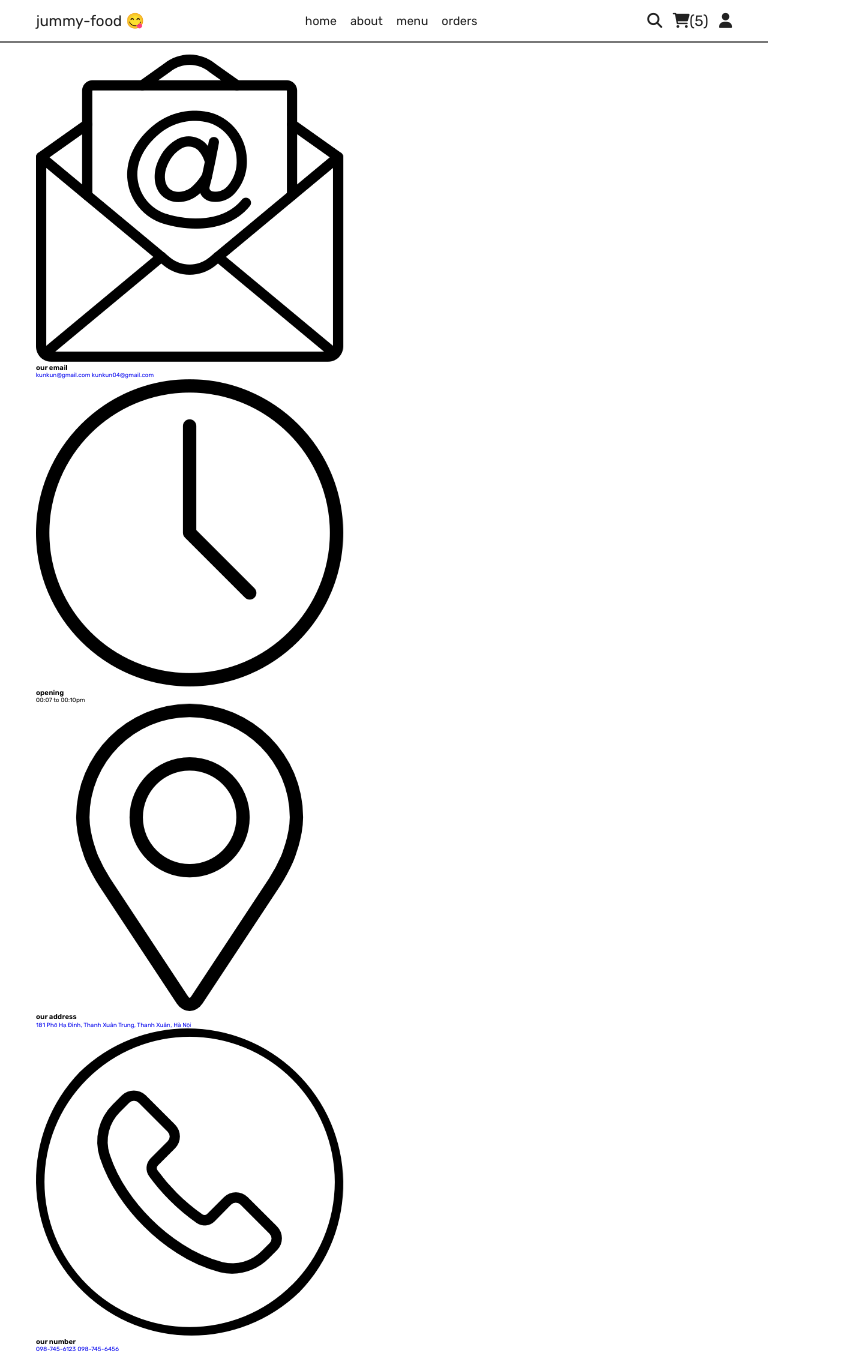
Repository: VuongLinhDinh/jummy_food
Page: home.html
These files come from the project's save history. The page is drawn as it stood at one moment and after the next save; the edit follows.
The browser window is 1280 px wide. The page is 1280 px wide, then 1442 px, so the pictures cover 1442 px, including what lies to the right of the window. The pictures show the whole page, at 60% of full size.
Some web libraries are served in a nearby version.

Above is the page before, as saved 2023-11-07 15:52:31.

### home.html
<!DOCTYPE html>
<html lang="en">
<head>
    <meta charset="UTF-8">
    <meta name="viewport" content="width=device-width, initial-scale=1.0">
    <title>Home</title>
    <!-- font awesome cdn link -->
    <link rel="stylesheet" href="https://cdnjs.cloudflare.com/ajax/libs/font-awesome/6.1.1/css/all.min.css">
    <!-- custom css -->
    <link rel="stylesheet" href="./css/style.css">
</head>
<body>
    <!-- header section starts  -->
    <header class="header">
        <section class="flex">
            <a href="home.html" class="logo">jummy-food 😋</a>
            <nav class="navbar">
                <a href="home.html">home</a>
                <a href="about.html">about</a>
                <a href="menu.html">menu</a>
                <a href="orders.html">orders</a>
            </nav>
            <div class="icons">
                <a href="search.html"><i class="fas fa-search"></i></a>
                <a href="cart.html"><i class="fas fa-shopping-cart"></i><span>(5)</span></a>
                <div id="user-btn" class="fas fa-user"></div>
                <div id="menu-btn" class="fas fa-bars"></div>
            </div>
            <div class="profile">
                <p class="name">Kun Aquero</p>
                <div class="flex">
                    <a href="profile.html" class="btn">profile</a>
                    <a href="#" class="delete-btn">logout</a>
                </div>
                <p class="account"><a href="login.html">login</a> or <a href="login.html">register</a></p>
            </div>
        </section>
    </header>
    <!-- header section end  -->
    <!-- footer section starts  -->
    <footer class="footer">
        <section class="grid">
            <div class="box">
                <img src="images/email-icon.png" alt="">
                <h3>our email</h3>
                <a href="mailto:kunkun@gmail.com">kunkun@gmail.com</a>
                <a href="mailto:kun04@gmail.com">kunkun04@gmail.com</a>
            </div>

            <div class="box">
                <img src="images/clock-icon.png" alt="">
                <h3>opening</h3>
                <p>00:07 to 00:10pm</p>
            </div>

            <div class="box">
                <img src="images/map-icon.png" alt="">
                <h3>our address</h3>
                <a href="#">181 Phố Hạ Đình, Thanh Xuân Trung, Thanh Xuân, Hà Nội</a>
            </div>

            <div class="box">
                <img src="images/phone-icon.png" alt="">
                <h3>our number</h3>
                <a href="tel:0987456123">098-745-6123</a>
                <a href="tel:0987456456">098-745-6456</a>
            </div>
        </section>
    </footer>
    <!-- footer section end  -->
    <!-- custom js file -->
    <script src="./js/script.js"></script>
</body>
</html>

### css/style.css
@import url('https://fonts.googleapis.com/css2?family=Nunito:wght@200;300;400;600;700&family=Rubik:wght@300;400;500;600&display=swap');
:root {
    --yellow: #fed330;
    --red: #e74c3c;
    --white: #fff;
    --black: #222;
    --light-color: #777;
    --border: .2rem solid var(--black);
}
*{
    font-family: 'Rubik', sans-serif;
    margin: 0; padding: 0;
    box-sizing: border-box;
    outline: none; border: none;
    text-decoration: none;
}
*::selection {
    background-color: var(--yellow);
    color: var(--white);
}
::-webkit-scrollbar {
    height: 0.5rem;
    width: 1rem;
}
::-webkit-scrollbar-track {
    background-color: transparent;
}
::-webkit-scrollbar-thumb {
    background-color: var(--yellow);
}
html {
    font-size:  62.5%;
    overflow-x: hidden;
    scroll-behavior: smooth;
    stop-opacity: 7rem;
}
section {
    margin: 0 auto;
    max-width: 1200px;
    padding: 2rem;
}
.btn, .delete-btn {
    margin-top: 1rem;
    display: inline-block;
    font-size: 2rem;
    padding: 1rem 3rem;
    opacity: .6;
    cursor: pointer;
}
.btn:hover, .delete-btn:hover {
    /* letter-spacing: .2rem; */
    transition:  .2s linear;
    opacity: 1;
}
.btn {
    background-color: var(--yellow);
    color: var(--black);
}
.delete-btn {
    background-color: var(--red);
    color: var(--white);
}
.header {
    position: sticky;
    top: 0; left: 0; right: 0;
    z-index: 1000;
    background-color: var(--white);
    border-bottom: var(--border);
}
.header .flex {
    display: flex;
    align-items: center;
    justify-content: space-between;
    position: relative;
}
.header .flex .logo {
    font-size: 2.5rem;
    color: var(--black);
}
.header .flex .navbar a {
    font-size: 2rem;
    color: var(--black);
    margin: 0 1rem;

}
.header .flex .navbar a:hover {
    color: var(--yellow);
    text-decoration: underline;
}
.header .flex .icons > * {
    margin-left: 1.5rem;
    font-size: 2.5rem;
    color: var(--black);
    cursor: pointer;
}
.header .flex .icons > *:hover {
    color: var(--yellow);
}
#menu-btn {
    display: none;
}
.header .flex .profile {
    background-color: var(--white);
    border: var(--border);
    padding: 1.5rem;
    text-align: center;
    position: absolute;
    top: 125%; right: 2rem;
    width: 30rem;
    display: none;
    animation: fadeIn .2s linear;
}
.header .flex .profile.active {
    display: block;
}
@keyframes fadeIn {
    0% {
        transform: translateY(1rem);
    }
}
.header .flex .profile .name {
    font-size: 2rem;
    color: var(--black);
    margin-bottom: 1rem;
}
.header .flex .profile .account {
    margin-top: 1rem;
    font-size: 2rem;
    color: var(--light-color);
}
.header .flex .profile .account a {
    color: var(--black);
}
.header .flex .profile .account a:hover {
    color: var(--yellow);
    text-decoration: underline;
}












































.footer .grid {
    display: grid;
    grid-template-columns: repeat(auto-fit, );
}

/* media query  */
@media (max-width: 991px) {
    html {
        font-size: 55%;
    }
}
@media (max-width: 768px) {
    #menu-btn {
        display: inline-block;
    }
    .header .flex .navbar {
        position: absolute;
        top: 99%; left: 0; right: 0;
        border-top: var(--border);
        border-bottom: var(--border);
        background-color: var(--white);
        transition:  .2s linear;
        clip-path: polygon(0 0, 100% 0, 100% 0, 0 0);
    }
    .header .flex .navbar a {
        display: block;
        margin: 2rem;
    }
    .header .flex .navbar.active {
        clip-path: polygon(0 0, 100% 0, 100% 100%, 0 100%);
    }
}
@media (max-width: 450px) {
    html {
        font-size: 50%;
    }
    .header .flex .logo {
        font-size: 2rem;

    }
}

### js/script.js
navbar = document.querySelector('.header .flex .navbar');
document.querySelector('#menu-btn').onclick = () => {
    navbar.classList.toggle('active');
    profile.classList.remove('active');
}
profile = document.querySelector('.header .flex .profile');
document.querySelector('#user-btn').onclick = () => {
    profile.classList.toggle('active');
    navbar.classList.remove('active');
}
window.onscroll = () => {
    navbar.classList.remove('active');
    profile.classList.remove('active');
}

After the next save:
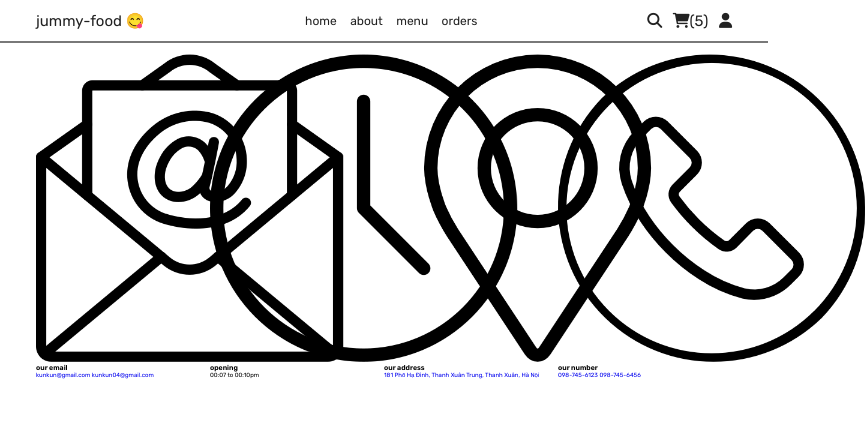
Saved 31 s later.
--- a/css/style.css
+++ b/css/style.css
@@ -181,7 +181,7 @@ section {
 
 .footer .grid {
     display: grid;
-    grid-template-columns: repeat(auto-fit, );
+    grid-template-columns: repeat(auto-fit, minmax(27rem, 1fr));
 }
 
 /* media query  */
